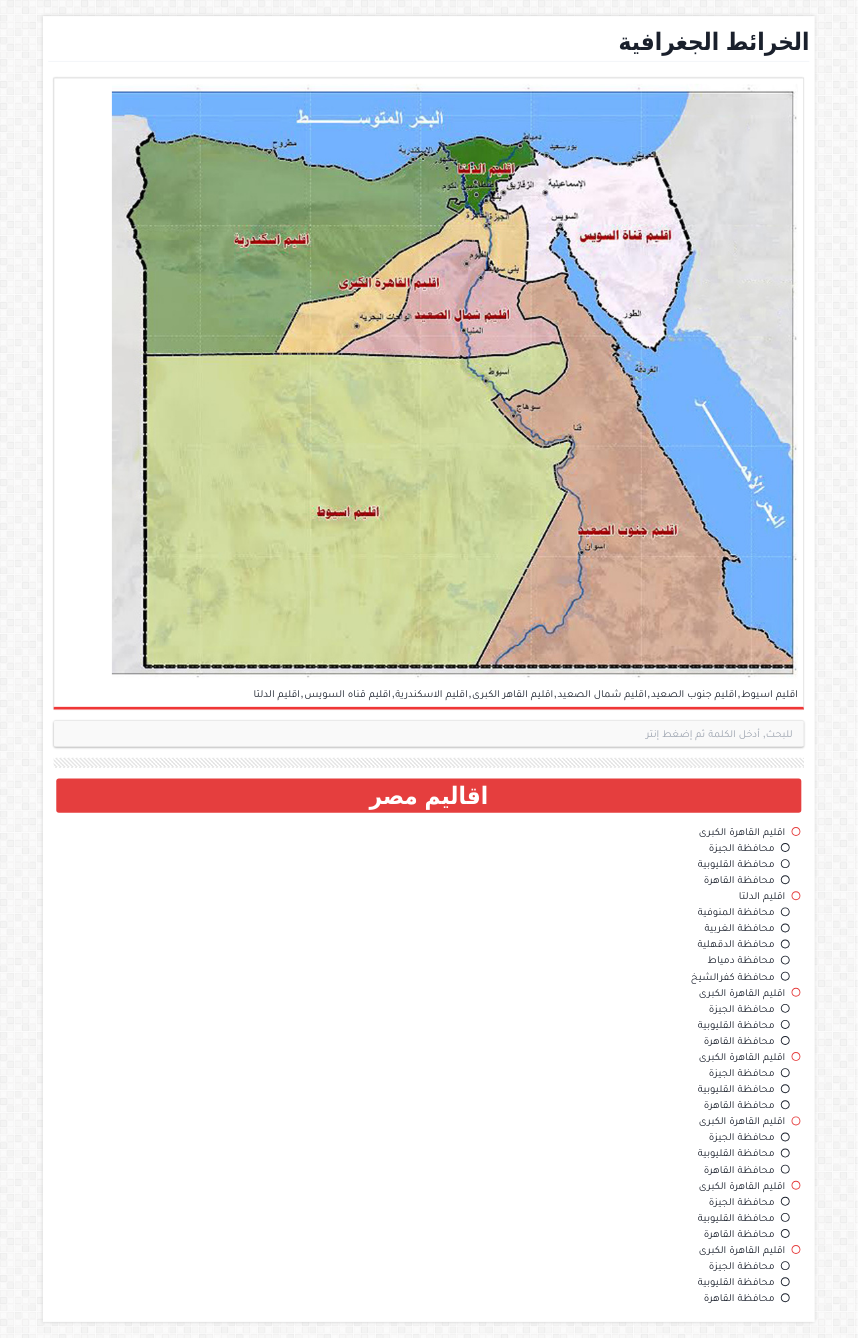
Repository: ahmed-mohamed-eng/egypt-gov-map
Page: /
These files come from the project's save history. The page is drawn as it stood at one moment and after the next save; the edit follows.
The browser window is 1280 px wide. The pictures show the whole page, at 67% of full size.
Some web fonts or font styles are not loaded; a fallback is used. The project was rebuilt for these pictures with package versions that can differ from the ones it lists, and the page was loaded fresh each time. The framework's server and built-in components were replaced by stand-ins that run in the browser. Also part of the build but not shown: next.config.js.

Above is the page before, as saved 2022-05-31 01:16:50.

### pages/_app.tsx
import "../styles/globals.css";

import type { AppProps } from "next/app";

import { ChakraProvider, extendTheme } from "@chakra-ui/react";

const theme = extendTheme({
  fonts: {
    heading: `Arial, Helvetica,"Aref Ruqaa" ,'Segoe UI', Tahoma, Geneva, Verdana, sans-serif`,
  },
});

function MyApp({ Component, pageProps }: AppProps) {
  return (
    <ChakraProvider theme={theme}>
      <Component {...pageProps} />
    </ChakraProvider>
  );
}

export default MyApp;

### pages/_document.tsx
import Document, {
  Html,
  Head,
  Main,
  NextScript,
  DocumentContext,
} from "next/document";

class MyDocument extends Document {
  static async getInitialProps(ctx: DocumentContext) {
    const initialProps = await Document.getInitialProps(ctx);
    return { ...initialProps };
  }

  render() {
    return (
      <Html dir="rtl" lang="ar">
        <Head />
        <body>
          <Main />
          <NextScript />
        </body>
      </Html>
    );
  }
}

export default MyDocument;

### pages/index.tsx
import type { NextPage } from "next";

// Custom Components
import Header from "../components/Header";
import PageContainer from "../components/PageContainer";
import MainContentArea from "../components/MainContentArea";

// Constants.
import provincesList from "../constants/provincesList";

const Home: NextPage = () => {
  return (
    <PageContainer>
      <Header headerTitle="الخرائط الجغرافية" />
      <MainContentArea
        quickNavTitle="اقاليم مصر"
        placeholderTxt="للبحث, أدخل الكلمة ثم إضغط إنتر"
        list={provincesList}
      />
    </PageContainer>
  );
};

export default Home;

### styles/globals.css
@import url("https://fonts.googleapis.com/css2?family=Amiri:ital,wght@0,700;1,400;1,700&family=Aref+Ruqaa:wght@400;700&family=Tajawal:wght@300;400;500;700;800;900&display=swap");

@tailwind base;
@tailwind components;
@tailwind utilities;

html,
body {
  padding: 0;
  margin: 0;
  font-family: -apple-system, BlinkMacSystemFont, Segoe UI, Roboto, Oxygen,
    Ubuntu, Cantarell, Fira Sans, Droid Sans, Helvetica Neue, sans-serif;
}

a {
  color: inherit;
  text-decoration: none;
}

* {
  box-sizing: border-box;
  font-family: Arial, Helvetica, "Tajawal", "Aref Ruqaa", "Segoe UI", Tahoma,
    Geneva, Verdana, sans-serif;
}

### components/Header/index.tsx
export { Header as default } from "./Header";

### components/PageContainer/index.tsx
export { PageContainer as default } from "./PageContainer";

### components/MainContentArea/index.tsx
export { MainContentArea as default } from "./MainContentArea";

### constants/provincesList.ts
import { province } from "../components/MainContentArea/QuickNavigationArea/CitiesList/CitiesList";

const provincesList: Array<province> = [
  {
    provinceName: "اقليم القاهرة الكبرى",
    url: "#",
    childItems: [
      {
        cityName: "محافظة الجيزة",
        url: "#",
      },
      {
        cityName: "محافظة القليوبية",
        url: "#",
      },
      {
        cityName: "محافظة القاهرة",
        url: "#",
      },
    ],
  },
  {
    provinceName: "اقليم الدلتا",
    url: "#",
    childItems: [
      {
        cityName: "محافظة المنوفية",
        url: "#",
      },
      {
        cityName: "محافظة الغربية",
        url: "#",
      },
      {
        cityName: "محافظة الدقهلية",
        url: "#",
      },
      {
        cityName: "محافظة دمياط",
        url: "#",
      },
      {
        cityName: "محافظة كفرالشيخ",
        url: "#",
      },
    ],
  },
  {
    provinceName: "اقليم القاهرة الكبرى",
    url: "#",
    childItems: [
      {
        cityName: "محافظة الجيزة",
        url: "#",
      },
      {
        cityName: "محافظة القليوبية",
        url: "#",
      },
      {
        cityName: "محافظة القاهرة",
        url: "#",
      },
    ],
  },
  {
    provinceName: "اقليم القاهرة الكبرى",
    url: "#",
    childItems: [
      {
        cityName: "محافظة الجيزة",
        url: "#",
      },
      {
        cityName: "محافظة القليوبية",
        url: "#",
      },
      {
        cityName: "محافظة القاهرة",
        url: "#",
      },
    ],
  },
  {
    provinceName: "اقليم القاهرة الكبرى",
    url: "#",
    childItems: [
      {
        cityName: "محافظة الجيزة",
        url: "#",
      },
      {
        cityName: "محافظة القليوبية",
        url: "#",
      },
      {
        cityName: "محافظة القاهرة",
        url: "#",
      },
    ],
  },
  {
    provinceName: "اقليم القاهرة الكبرى",
    url: "#",
    childItems: [
      {
        cityName: "محافظة الجيزة",
        url: "#",
      },
      {
        cityName: "محافظة القليوبية",
        url: "#",
      },
      {
        cityName: "محافظة القاهرة",
        url: "#",
      },
    ],
  },
  {
    provinceName: "اقليم القاهرة الكبرى",
    url: "#",
    childItems: [
      {
        cityName: "محافظة الجيزة",
        url: "#",
      },
      {
        cityName: "محافظة القليوبية",
        url: "#",
      },
      {
        cityName: "محافظة القاهرة",
        url: "#",
      },
    ],
  },
];

export default provincesList;

### components/Header/Header.tsx
import { Divider, Flex, Heading, VStack } from "@chakra-ui/react";

export interface HeaderProps {
  headerTitle: string;
}

export const Header = (props: HeaderProps) => {
  return (
    <VStack
      as="header"
      w="full"
      justifyContent="center"
      alignItems="center"
      fontSize="1.5rem"
      fontFamily="arabic"
      flex="1"
    >
      <Heading w="full" textAlign="right" as="h1">
        {props.headerTitle}
      </Heading>
      <Flex w="full">
        <Divider orientation="horizontal" />
      </Flex>
    </VStack>
  );
};

### components/PageContainer/PageContainer.tsx
import { Center, Flex, VStack } from "@chakra-ui/react";

// import bgImage from "../../images/backgroundImage.png";

export const PageContainer = (props: any) => {
  return (
    <Flex backgroundImage={`url(/images/backgroundImage.png)`}>
      <Center w="full" h="full" py="1.5rem">
        <VStack
          bgColor="white"
          width={["90vw"]}
          minH="95vh"
          boxShadow="0 0 5px #CACACA"
          py="1rem"
          px="0.5rem"
          spacing="1rem"
        >
          {props.children}
        </VStack>
      </Center>
    </Flex>
  );
};

### components/MainContentArea/MainContentArea.tsx
import { VStack } from "@chakra-ui/react";

// Custom Components.
import MapArea from "./MapArea";
import SearchBox from "./SearchBox";
import StripeSeparator from "./StripeSeparator";
import QuickNavigationArea from "./QuickNavigationArea";

// Interfaces.
import { SearchBoxProps } from "./SearchBox/SearchBox";
import { QuickNavigationAreaProps } from "./QuickNavigationArea/QuickNavigationArea";

export interface MainContentAreaProps
  extends QuickNavigationAreaProps,
    SearchBoxProps {}

export const MainContentArea = (props: MainContentAreaProps) => {
  return (
    <VStack as="main" w="full" p="0.5rem" spacing="1rem" flex="14">
      <MapArea />
      <SearchBox placeholderTxt={props.placeholderTxt} />
      <StripeSeparator />
      <QuickNavigationArea
        list={props.list}
        quickNavTitle={props.quickNavTitle}
      />
    </VStack>
  );
};

### components/MainContentArea/MapArea/index.tsx
export { MapArea as default } from "./MapArea";

### components/MainContentArea/SearchBox/index.tsx
export { SearchBox as default } from "./SearchBox";

### components/MainContentArea/StripeSeparator/index.tsx
export { StripeSeparator as default } from "./StripeSeparator";

### components/MainContentArea/QuickNavigationArea/index.tsx
export { QuickNavigationArea as default } from "./QuickNavigationArea";

### components/MainContentArea/MapArea/MapArea.tsx
import { VStack } from "@chakra-ui/react";

// Custom Components.
import MapImage from "./MapImage";
import MapInfoDisplayedLinks from "./MapInfoDisplayedLinks";

// Constants.
import provinces from "../../../constants/provinces";

export const MapArea = () => {
  return (
    <VStack
      borderWidth="thin"
      borderColor="red.500"
      boxShadow="0 1px 3px 0 #b5b5b5"
      border="1px solid #DDD"
      borderBottom="4px solid #ef3636"
      p="0.5rem"
      w="full"
      spacing="0.5rem"
    >
      <MapImage />
      <MapInfoDisplayedLinks
        breadcrumbItems={provinces}
      />
    </VStack>
  );
};

### components/MainContentArea/SearchBox/SearchBox.tsx
import { Input } from "@chakra-ui/react";

export interface SearchBoxProps {
  placeholderTxt: string;
}

export const SearchBox = (props: SearchBoxProps) => {
  return (
    <Input
      w="full"
      backgroundColor="#F9F9F9"
      borderColor="#F1F1F1"
      borderTopColor="#DDD"
      borderBottomColor="#DDD"
      boxShadow="0 1px 3px 0 #B5B5B5"
      borderRadius="3px"
      placeholder={props.placeholderTxt}
    />
  );
};

### components/MainContentArea/StripeSeparator/StripeSeparator.tsx
import { Box } from "@chakra-ui/react";

export const StripeSeparator = () => {
  return <Box w="full" h="15px" bgImage="url(/images/stripe.png)"></Box>;
};

### components/MainContentArea/QuickNavigationArea/QuickNavigationArea.tsx
import { VStack, Heading } from "@chakra-ui/react";

import CitiesList from "./CitiesList";

// Interfaces
import { CitiesListProps } from "./CitiesList/CitiesList";

export interface QuickNavigationAreaProps extends CitiesListProps {
  quickNavTitle: string;
}

export const QuickNavigationArea = (props: QuickNavigationAreaProps) => {
  return (
    <VStack w="full" spacing="1rem" px="0.25rem">
      <Heading
        w="full"
        h="fit-content"
        borderRadius="0.25rem"
        color="white"
        bg="red.500"
        p="0.25rem"
        textAlign="center"
      >
        {props.quickNavTitle}
      </Heading>
      <CitiesList list={props.list} />
    </VStack>
  );
};

### components/MainContentArea/MapArea/MapImage/index.tsx
export { MapImage as default } from "./MapImage";

### components/MainContentArea/MapArea/MapInfoDisplayedLinks/index.tsx
export { MapInfoDisplayedLinks as default } from "./MapInfoDisplayedLinks";

### constants/provinces.ts
import { BreadcrumbElement } from "../components/MainContentArea/MapArea/MapInfoDisplayedLinks/MapInfoDisplayedLinks";

const provinces: Array<BreadcrumbElement> = [
  {
    text: "اقليم اسيوط",
    url: "#",
  },
  {
    text: "اقليم جنوب الصعيد",
    url: "#",
  },
  {
    text: "اقليم شمال الصعيد",
    url: "#",
  },
  {
    text: "اقليم القاهر الكبرى",
    url: "#",
  },
  {
    text: "اقليم الاسكندرية",
    url: "#",
  },
  {
    text: "اقليم قناه السويس",
    url: "#",
  },
  {
    text: "اقليم الدلتا",
    url: "#",
  },
];

export default provinces;

### components/MainContentArea/QuickNavigationArea/CitiesList/index.tsx
export { CitiesList as default } from "./CitiesList";

### components/MainContentArea/MapArea/MapImage/MapImage.tsx
import React from "react";

import { Flex, Image } from "@chakra-ui/react";

// Images Sources.
import mapImage from "../../../../images/Egypt_Provinces.jpg";

export const MapImage = () => {
  return (
    <Flex w="full">
      <Image mixBlendMode="multiply" src={mapImage.src} alt="Egypt Province Map" />
    </Flex>
  );
};

### components/MainContentArea/MapArea/MapInfoDisplayedLinks/MapInfoDisplayedLinks.tsx
import { v4 as uuidV4 } from "uuid";

import { Breadcrumb, BreadcrumbItem, BreadcrumbLink } from "@chakra-ui/react";

export type BreadcrumbElement = {
  url: string;
  text: string;
};

export interface MapInfoDisplayedLinksProps {
  breadcrumbItems: Array<BreadcrumbElement>;
}

export const MapInfoDisplayedLinks = (props: MapInfoDisplayedLinksProps) => {
  const breadcrumbItems = props.breadcrumbItems.map((item) => {
    return (
      <BreadcrumbItem key={uuidV4()}>
        <BreadcrumbLink
          maxW="fit-content"
          _hover={{
            textDecoration: "none",
            fontWeight: "600",
          }}
          href={item.url}
        >
          {item.text}
        </BreadcrumbLink>
      </BreadcrumbItem>
    );
  });

  return (
    <Breadcrumb spacing="1px" separator="," w="full">
      {breadcrumbItems}
    </Breadcrumb>
  );
};

### components/MainContentArea/QuickNavigationArea/CitiesList/CitiesList.tsx
import { v4 as uuidV4 } from "uuid";

import { List, ListItem, ListIcon } from "@chakra-ui/react";

import { BiCircle } from "react-icons/bi";

export type city = {
  cityName: string;
  url: string;
};

export type province = {
  provinceName: string;
  url: string;
  childItems: Array<city>;
};

export interface CitiesListProps {
  list: Array<province>;
}

export const CitiesList = (props: CitiesListProps) => {
  const items = props.list.map((item, parentIndex) => {
    return (
      <List key={uuidV4()}>
        <ListItem as="a" href={item.url}>
          <ListIcon as={BiCircle} color="red.500" fill="red.500" />
          {item.provinceName}
        </ListItem>
        {item.childItems.map((childItem) => {
          return (
            <List key={uuidV4()} pr={`1rem`}>
              <ListItem as="a" href={childItem.url}>
                <ListIcon as={BiCircle} />
                {childItem.cityName}
              </ListItem>
            </List>
          );
        })}
      </List>
    );
  });
  return <List w="full">{items}</List>;
};

Loaded but not shown: tailwind.config.js (common file)

After the next save:
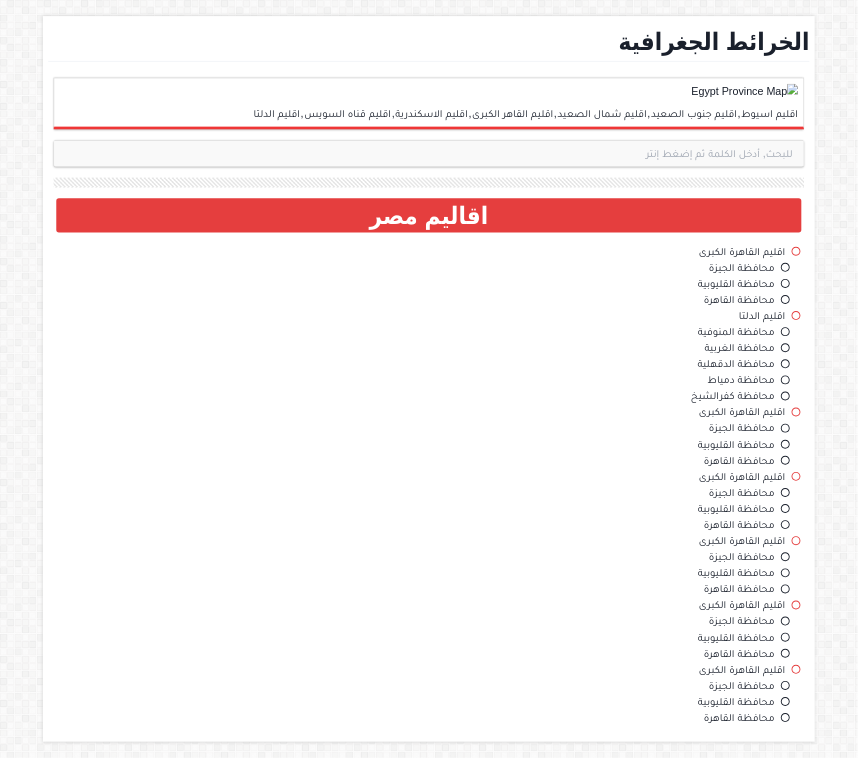
Saved 7 min 53 s later.
--- a/components/MainContentArea/MapArea/MapImage/MapImage.tsx
+++ b/components/MainContentArea/MapArea/MapImage/MapImage.tsx
@@ -2,13 +2,25 @@ import React from "react";
 
 import { Flex, Image } from "@chakra-ui/react";
 
-// Images Sources.
-import mapImage from "../../../../images/Egypt_Provinces.jpg";
+export type MapArea = {
+  coords: string;
+  url: string;
+};
+export interface MapImageProps {
+  mapImageSrc: string;
+  mapAreas: Array<MapArea>;
+}
 
-export const MapImage = () => {
+export const MapImage = (props: MapImageProps) => {
   return (
     <Flex w="full">
-      <Image mixBlendMode="multiply" src={mapImage.src} alt="Egypt Province Map" />
+      <Image
+        useMap="#mapinfo"
+        mixBlendMode="multiply"
+        src={props.mapImageSrc}
+        alt="Egypt Province Map"
+      />
+      <map name="mapinfo"></map>
     </Flex>
   );
 };
